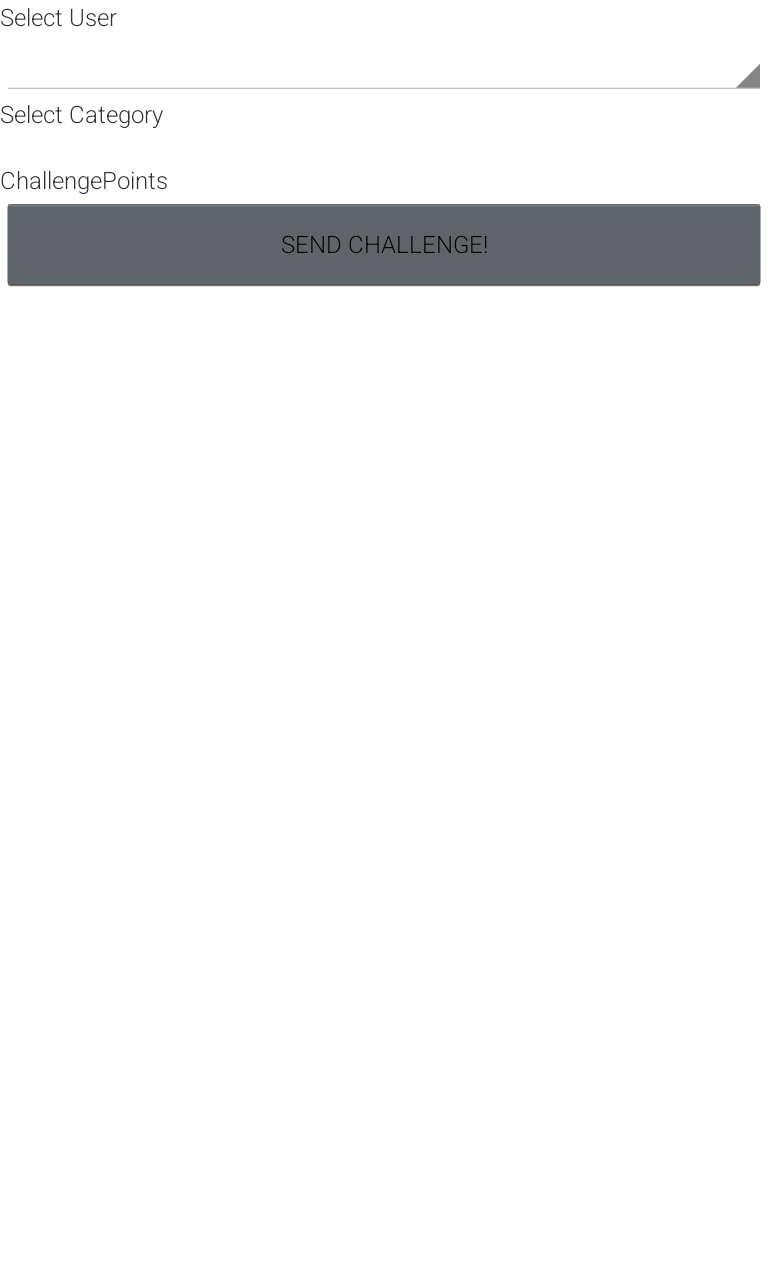
Repository: MikeFynes/ChallengeAccepted
Layout: ChallengeAcceptedFrontEnd/ChallengeDemo/res/layout/tab_challenges.xml
An editor plug-in stored every save of this project. The layout is shown before and after the next save, followed by the edit.
It is drawn on a 768 x 1280 px phone screen (xhdpi) without system bars, with theme AppTheme; the app's code is not run.

Above is the layout before, as saved 2014-12-09 13:27:22.

After the next save:
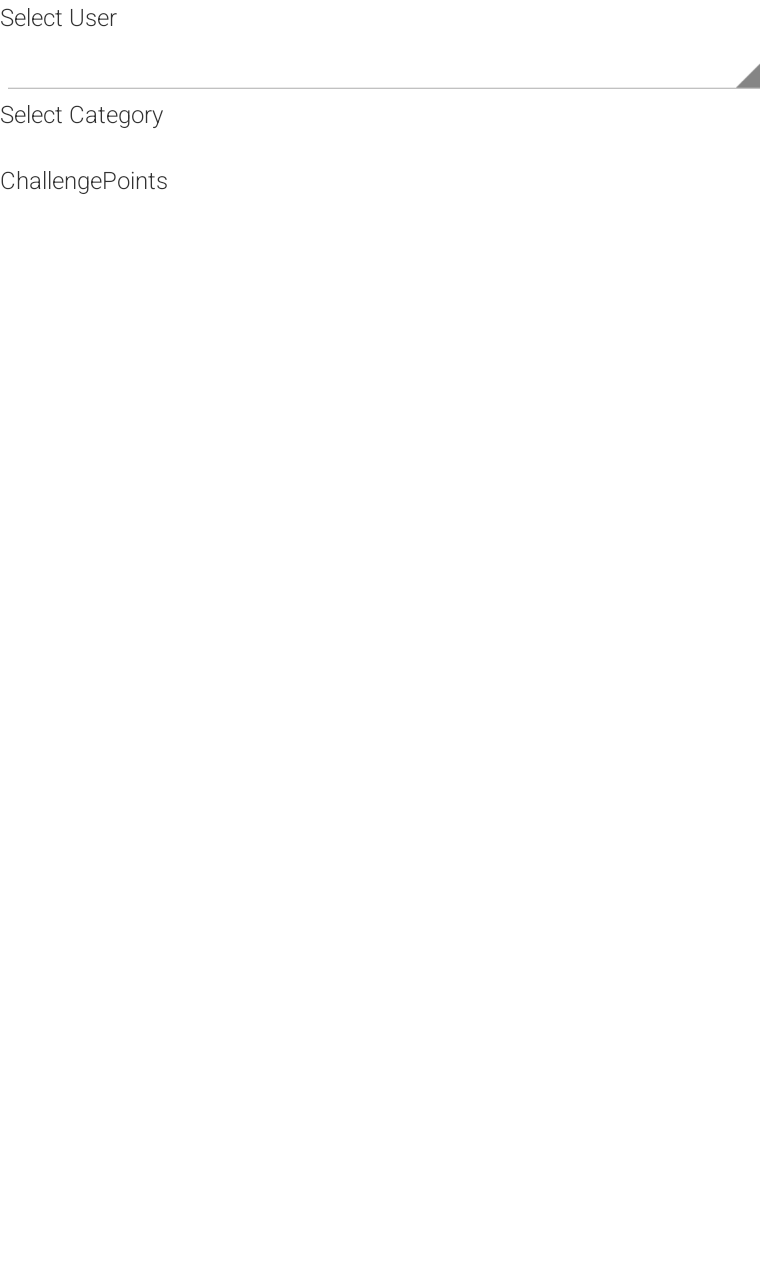
Saved 86 s later.
--- a/ChallengeAcceptedFrontEnd/ChallengeDemo/res/layout/tab_challenges.xml
+++ b/ChallengeAcceptedFrontEnd/ChallengeDemo/res/layout/tab_challenges.xml
@@ -66,10 +66,6 @@
     ></TableLayout>
     </ScrollView>
 
-    <Button
-        android:layout_width="fill_parent"
-        android:layout_height="wrap_content"
-        android:id="@+id/btnChallenge"
-        android:text="@string/btnChallenge" />
+
 
 </LinearLayout>
